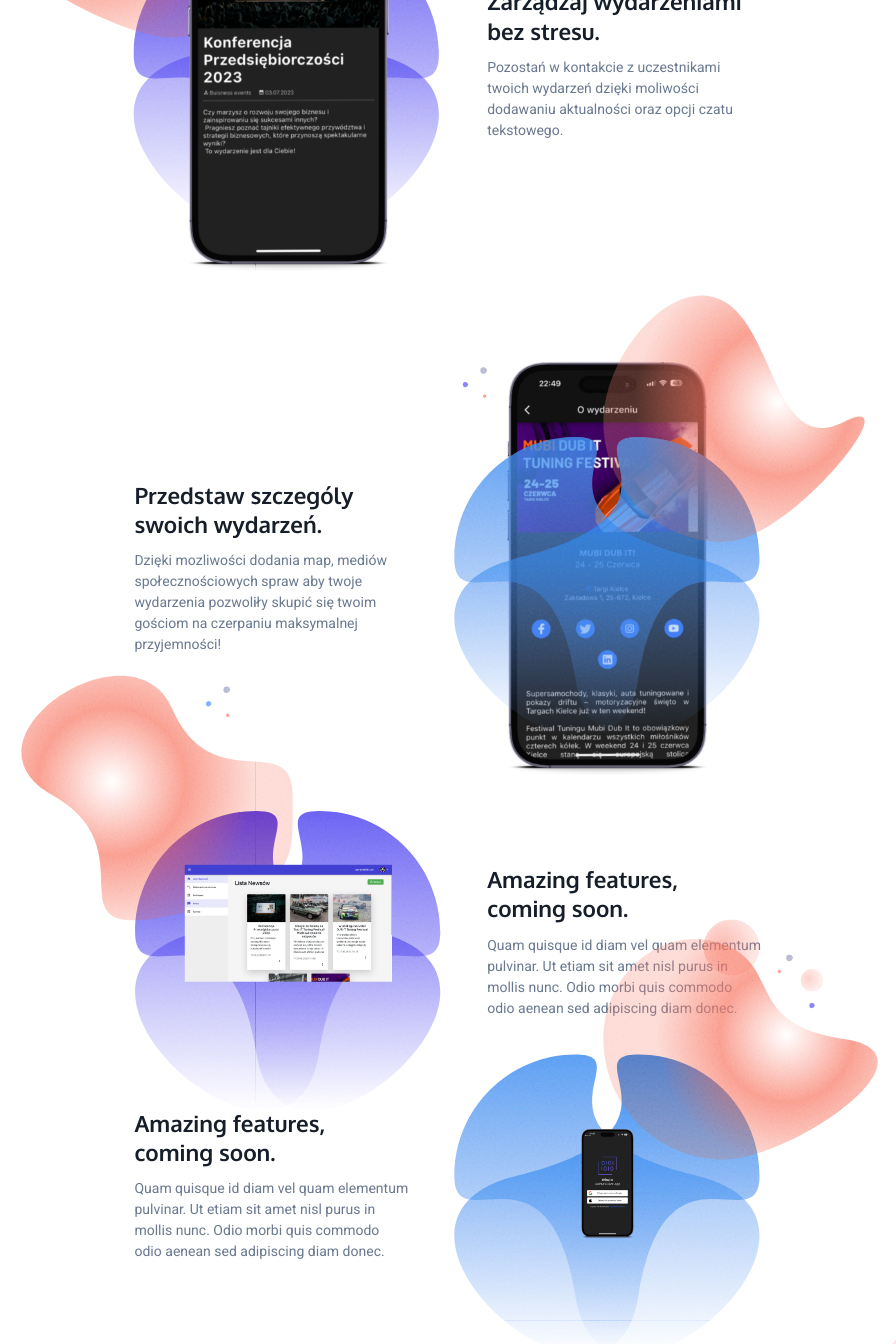
Repository: WieczorS/EventAppLandingPage
Page: index.html
The author's editor kept a copy of each file at every save. The page is drawn from the files as they stood at one save, then again after the next save.
The browser window is 1280 px wide. The pictures show the part of the page from y = 1468 to 3388 px (the page is 3986 px tall), at 70% of full size.

Above is the page before, as saved 2023-07-03 23:04:00.

After the next save:
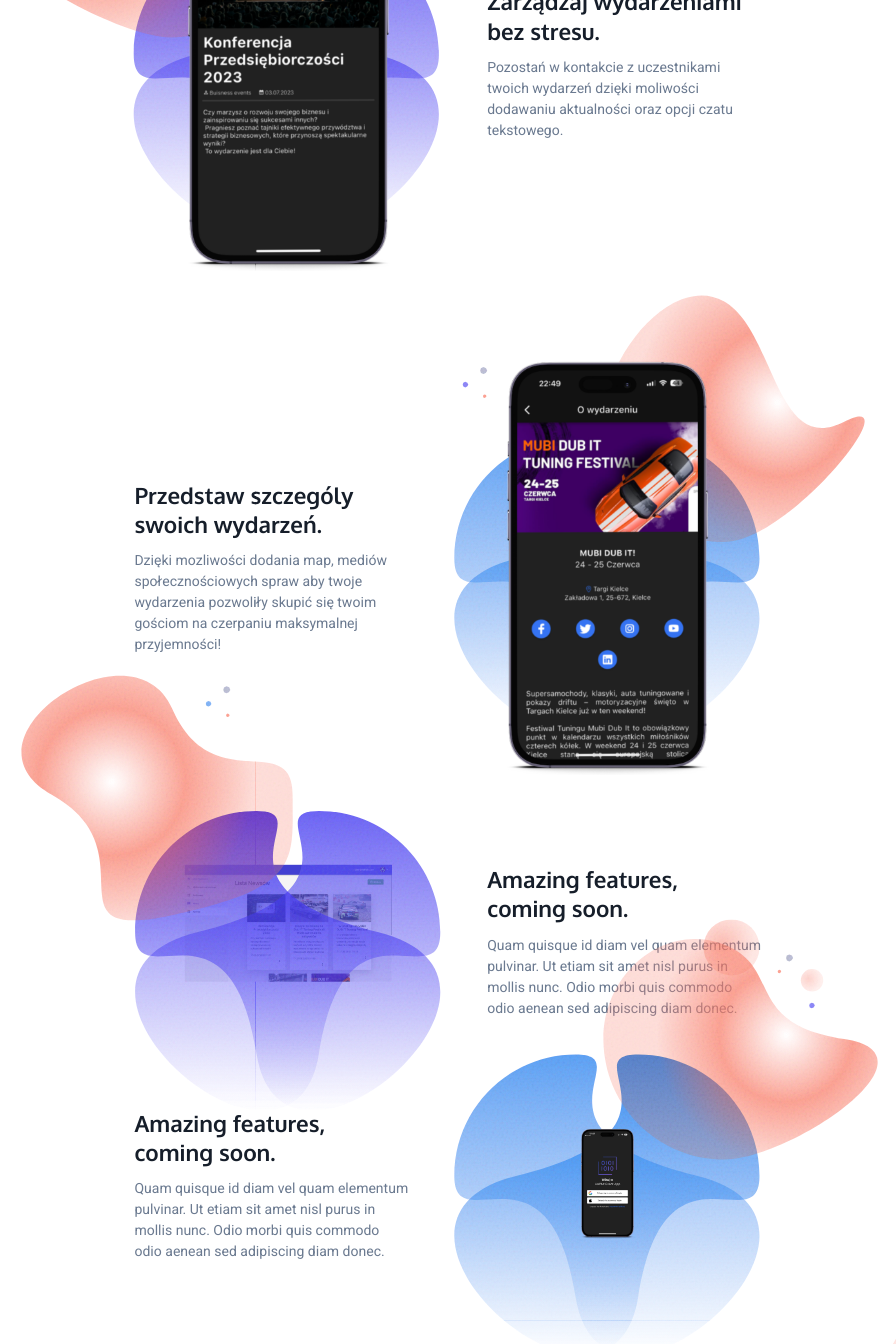
Saved 30 s later.
--- a/index.html
+++ b/index.html
@@ -71,7 +71,7 @@
 									<div class="mockup-bg">
 										<img src="dist/images/iphone-feature-bg-02.svg" alt="iPhone Feature 02 illustration">
 									</div>
-									<img src="dist/images/3.png" alt="iPhone Feature 02">
+									<img class="device-mockup is-revealing" src="dist/images/3.png" alt="iPhone Feature 02">
 								</div>
 								<div class="feature-extended-body is-revealing">
 									<h3 class="mt-0 mb-16">Przedstaw szczególy swoich wydarzeń.</h3>
@@ -83,7 +83,7 @@
 									<div class="mockup-bg">
 										<img src="dist/images/iphone-feature-bg-03.svg" alt="iPhone Feature 03 illustration">
 									</div>
-									<img class="device-mockup is-revealing" src="dist/images/adminpanel.png" alt="iPhone Feature 03">
+									<img src="dist/images/adminpanel.png" alt="iPhone Feature 03">
 								</div>
 								<div class="feature-extended-body is-revealing">
 									<h3 class="mt-0 mb-16">Amazing features, coming soon.</h3>
